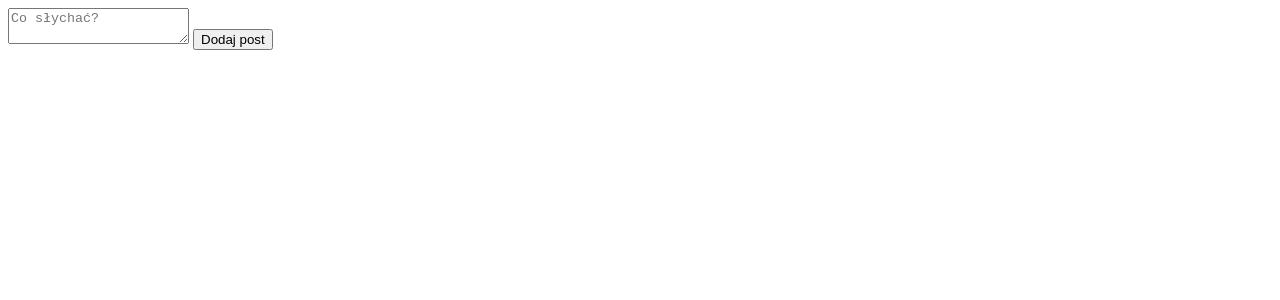
Repository: BoguszKonrady/FORUM
Page: http://localhost/app/views/posts/addPost.php
An editor plug-in stored every save of this project. The page is shown before and after a run of saves, followed by the edit.
The browser window is 1280 px wide. The pictures show the whole page.
The page is run by PHP 8.4 with error messages shown; the project is at /var/www/html/.

Above is the page before, as saved 2024-06-06 21:15:29.

After the next 2 saves:
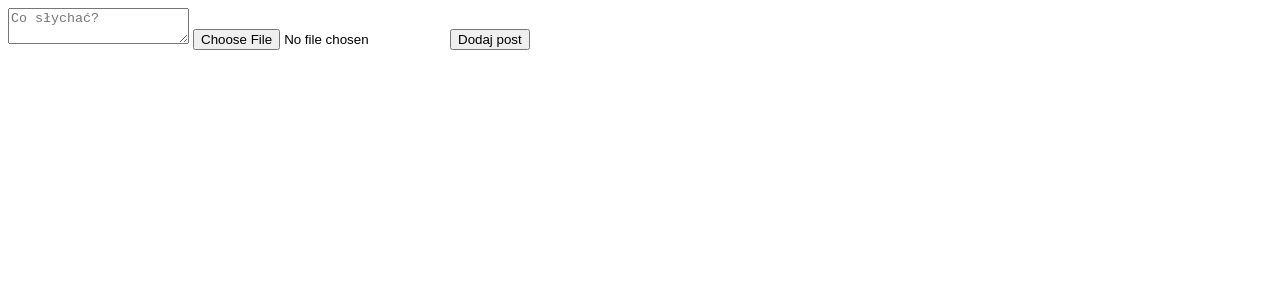
The 2 saves are shown as one change because they came seconds apart.
The last was saved 5 min 17 s later.
--- a/app/views/posts/addPost.php
+++ b/app/views/posts/addPost.php
@@ -1,8 +1,9 @@
 <div class="col-md-6 content">
                 <div class="post-composer mb-3">
-                    <form action="/controllers/posts/addPost.php" method="post">
-                        <textarea name="postContent" class="form-control" placeholder="Co słychać?" required></textarea>
-                        <button type="submit" class="btn btn-primary mt-2">Dodaj post</button>
-                    </form>
+                <form action="/controllers/posts/addPost.php" method="post" enctype="multipart/form-data">
+                    <textarea name="postContent" class="form-control" placeholder="Co słychać?" required></textarea>
+                    <input type="file" name="postImage" class="form-control mt-2">
+                    <button type="submit" class="btn btn-primary mt-2">Dodaj post</button>
+                </form>
                 </div>
             </div>
